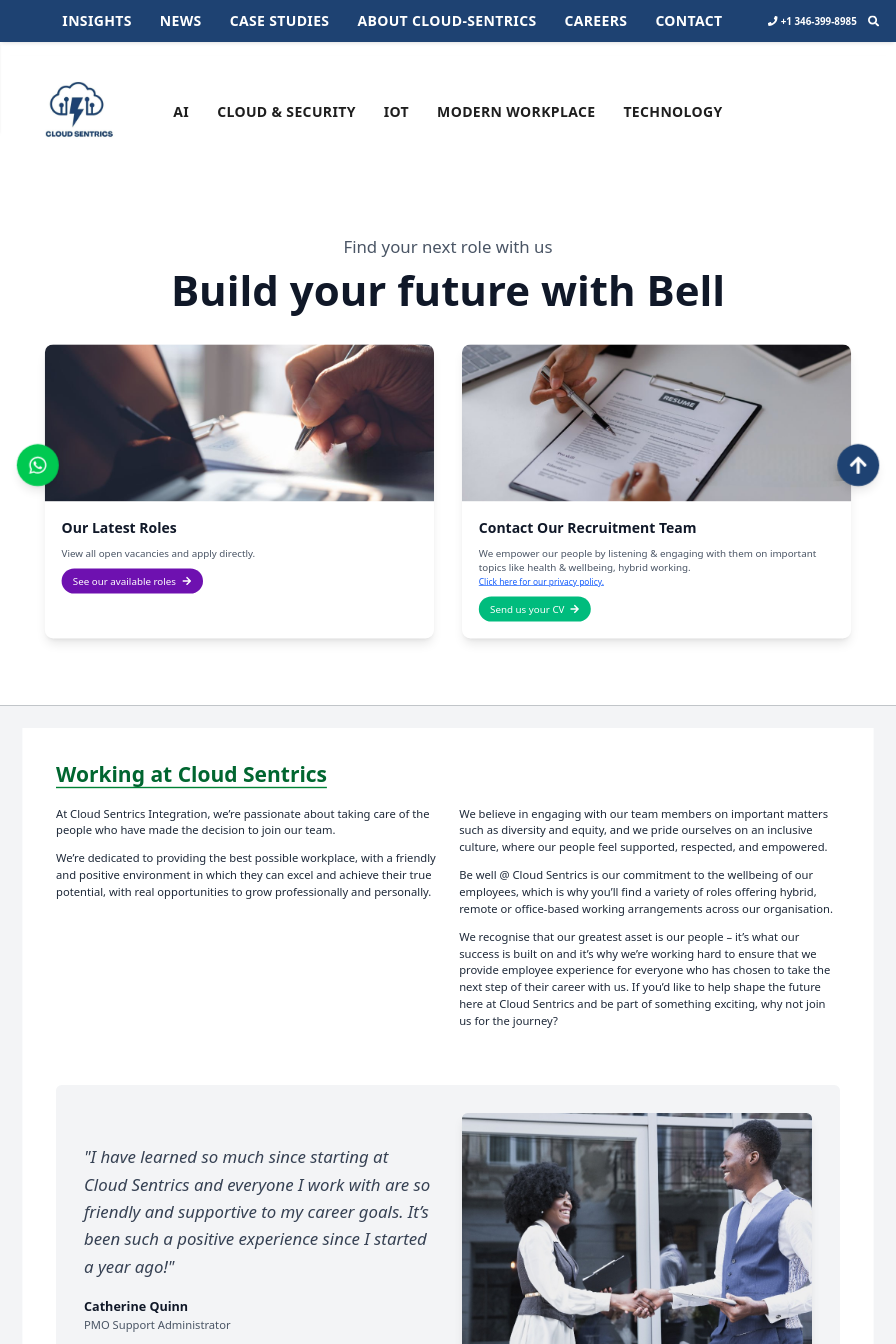
Repository: chykesure/cloudsentrics_
Page: /careers
The author's editor kept a copy of each file at every save. The page is drawn from the files as they stood at one save, then again after a run of saves.
The browser window is 1280 px wide. The pictures show the part of the page from y = 0 to 1920 px (the page is 3447 px tall), at 70% of full size.
The project was rebuilt for these pictures with package versions that can differ from the ones it lists, and the page was loaded fresh each time. Also part of the build but not shown: vite.config.js, src/pages/Header.jsx, src/pages/Footer.jsx, src/pages/students/Reviews.jsx, src/pages/students/Testimony.jsx, src/pages/students/TestimonyLanding.jsx, src/pages/LandingPage.jsx, src/pages/students/Header.jsx and 38 more.

Above is the page before, as saved 2025-04-09 11:32:01.

### src/index.css
@import "tailwindcss";

@keyframes zoomInOut {
    0% {
        transform: scale(1);
    }
    100% {
        transform: scale(1.1);
    }
}

.zoom-animation {
    animation: zoomInOut 5s infinite alternate ease-in-out;

}

### src/App.jsx
import { BrowserRouter as Router, Routes, Route } from "react-router-dom";
import LandingPage from "./pages/LandingPage";
import StudentPage from "./pages/students/StudentPage";
import AboutUs from "./pages/students/AboutUs/AboutUs";
import "./App.css";
import AWS from "./pages/students/courses/AWS";
import DevSecOps from "./pages/students/courses/DevSecOps";
import AZURE from "./pages/students/courses/AZURE";
import Blogs from "./pages/students/blogs/Blogs";
import EventsPage from "./pages/students/events/EventsPage";
import FloatsButtons from "./pages/FloatsButtons";
import PartnerPage from "./pages/partners/home/PartnerPage";
import Ai from "./pages/partners/menu/ai";
import CloudSecurity from "./pages/partners/menu/cloudsecurity";
import IOT from "./pages/partners/menu/iot";
import Technology from "./pages/partners/menu/technology";
import Workplace from "./pages/partners/menu/workplace";
import InsightMenu from "./pages/partners/main_menu/insight";
import NewsPage from "./pages/partners/main_menu/news";
import CaseStudy from "./pages/partners/main_menu/casestudy";
import AboutCloud from "./pages/partners/main_menu/aboutus";
import Careers from "./pages/partners/main_menu/careers";

function App() {
  return (
    <Router>
      <div className="flex flex-col min-h-screen">
        {/* Floating Buttons will always be visible */}
        <FloatsButtons />

        <div className="flex-grow pt-20"> {/* Adjust padding-top based on header height */}
          <Routes>

            {/* Student Section */}
            <Route path="/" element={<LandingPage />} />
            <Route path="/StudentPage" element={<StudentPage />} />
            <Route path="/about" element={<AboutUs />} />
            <Route path="/courses/AWS" element={<AWS />} />
            <Route path="/courses/Azure" element={<AZURE />} />
            <Route path="/courses/DevSecOps" element={<DevSecOps />} />
            <Route path="/blog" element={<Blogs />} />
            <Route path="/events" element={<EventsPage />} />

            {/* The Partner Section */}
            <Route path="/PartnerPage" element={<PartnerPage />} />
            <Route path="/ai" element={<Ai />} />
            <Route path="/cloud-security" element={<CloudSecurity />} />
            <Route path="/iot" element={<IOT />} />
            <Route path="/technology" element={<Technology />} />
            <Route path="/modern-workplace" element={<Workplace />} />
            <Route path="/insights" element={<InsightMenu />} />
            <Route path="/news" element={<NewsPage />} />
            <Route path="/case-studies" element={<CaseStudy />} />
            <Route path="/about-cloudsentrics" element={<AboutCloud />} />
            <Route path="/careers" element={<Careers />} />
          </Routes>
        </div>
      </div>
    </Router>
  );
}

export default App;

### src/pages/FloatsButtons.jsx
import { FaWhatsapp, FaArrowUp } from "react-icons/fa";
import { motion } from "framer-motion";

const FloatsButtons = () => {
    const scrollToTop = () => {
        window.scrollTo({ top: 0, behavior: "smooth" });
    };

    return (
        <>
            {/* Floating WhatsApp Button (Left) */}
            <motion.a
                href="https://wa.me/message/62QVNSESZ56FC1"
                target="_blank"
                rel="noopener noreferrer"
                className="fixed bottom-6 left-6 bg-green-500 text-white p-4 rounded-full shadow-lg flex items-center justify-center z-50"
                title="Chat with us on WhatsApp"
                animate={{ y: [0, -10, 0] }}
                transition={{ duration: 1.5, repeat: Infinity, repeatType: "reverse", ease: "easeInOut" }}
                whileHover={{ scale: 1.2 }}
            >
                <FaWhatsapp size={28} />
            </motion.a>

            {/* Floating Back to Top Button (Right) */}
            <motion.button
                onClick={scrollToTop}
                className="fixed bottom-6 right-6 bg-[#1e4272] text-white p-4 rounded-full shadow-lg flex items-center justify-center z-50"
                title="Back to Top"
                animate={{ y: [0, -10, 0] }}
                transition={{ duration: 1.5, repeat: Infinity, repeatType: "reverse", ease: "easeInOut" }}
                whileHover={{ scale: 1.2 }}
            >
                <FaArrowUp size={28} />
            </motion.button>
        </>
    );
};

export default FloatsButtons;

### src/pages/partners/main_menu/careers.jsx
import React, { useRef } from "react";
import Header from "../Header";
import { motion } from "framer-motion";
import { Link } from "react-router-dom";
import Footer from "../home/Footer";
import { FaArrowRight } from "react-icons/fa"; // ✅ Added missing import
import CareerPage from "./otherscareer";
import CareerForm from "./careerform";


const logo = "/assets/logo.jpg";
const aibg = "/assets/ai.jpg";

const Careers = () => {

    const careerFormRef = useRef(null);
const scrollToForm = () => {
    careerFormRef.current?.scrollIntoView({ behavior: "smooth" });
};

    return (
        <div className="min-h-screen bg-[#0d1b2a] text-white">
            {/* Navigation Header */}
            <div className="flex justify-center px-6 md:px-12 py-6 bg-white shadow-lg w-full h-28 md:h-32 lg:h-40">
                <div className="flex items-center justify-between w-full max-w-[1200px] mx-auto h-full">

                    {/* Left: Logo and Branding - Fully Left-Aligned */}
                    <div className="absolute left-0 flex items-center w-auto h-full">
                        <Link to="/PartnerPage">
                            <img
                                src={logo}
                                alt="Cloudsentrics Logo"
                                className="h-20 md:h-28 lg:h-34 w-auto ml-9 transition-all duration-300"
                            />
                        </Link>
                    </div>

                    {/* Right: Navigation Menu - Centered */}
                    <motion.div
                        className="hidden md:flex flex-grow justify-center items-center space-x-6 lg:space-x-10 text-lg md:text-xl font-bold text-[#1e1e1e] tracking-wide h-full"
                        initial={{ opacity: 0, y: -10 }}
                        animate={{ opacity: 1, y: 0 }}
                        transition={{ duration: 0.6, ease: "easeOut" }}
                    >
                        {[
                            { label: "AI", path: "/ai" },
                            { label: "CLOUD & SECURITY", path: "/cloud-security" },
                            { label: "IOT", path: "/iot" },
                            { label: "MODERN WORKPLACE", path: "/modern-workplace" },
                            { label: "TECHNOLOGY", path: "/technology" }
                        ].map((item, index) => (
                            <Link key={index} to={item.path}>
                                <motion.span
                                    className="cursor-pointer transition-all duration-300 hover:text-blue-600 hover:scale-105 whitespace-nowrap"
                                    whileHover={{ scale: 1.1 }}
                                >
                                    {item.label}
                                </motion.span>
                            </Link>
                        ))}
                    </motion.div>

                </div>
            </div>

            <Header />

            {/* Careers Section */}
            <section className="bg-white text-black px-6 md:px-16 py-16 lg:py-24 space-y-12">
                <motion.div
                    initial={{ opacity: 0, y: -30 }}
                    whileInView={{ opacity: 1, y: 0 }}
                    transition={{ duration: 0.5 }}
                    viewport={{ once: true }}
                    className="text-center space-y-4"
                >
                    <p className="text-2xl text-gray-600">Find your next role with us</p>
                    <h1 className="text-3xl md:text-6xl font-semibold text-gray-900">
                        Build your future with Bell
                    </h1>
                </motion.div>

                {/* Cards */}
                <div className="grid grid-cols-1 md:grid-cols-2 gap-10">
                    {/* Card 1 */}
                    <motion.div
                        initial={{ opacity: 0, y: 20 }}
                        whileInView={{ opacity: 1, y: 0 }}
                        transition={{ duration: 0.4 }}
                        viewport={{ once: true }}
                        className="bg-white rounded-xl shadow-lg overflow-hidden"
                    >
                        <img
                            src="/assets/role.jpg"
                            alt="Our Latest Roles"
                            className="w-full h-56 object-cover"
                        />
                        <div className="p-6 space-y-3">
                            <h3 className="text-xl font-semibold text-gray-900">
                                Our Latest Roles
                            </h3>
                            <p className="text-gray-600 text-sm">
                                View all open vacancies and apply directly.
                            </p>
                            <button className="inline-flex items-center gap-2 px-4 py-2 text-white bg-purple-800 rounded-full text-sm hover:bg-purple-700 transition">
                                See our available roles <FaArrowRight />
                            </button>
                        </div>
                    </motion.div>

                    {/* Card 2 */}
                    <motion.div
                        initial={{ opacity: 0, y: 20 }}
                        whileInView={{ opacity: 1, y: 0 }}
                        transition={{ duration: 0.4, delay: 0.2 }}
                        viewport={{ once: true }}
                        className="bg-white rounded-xl shadow-lg overflow-hidden"
                    >
                        <img
                            src="/assets/cv.jpg"
                            alt="Contact Our Recruitment Team"
                            className="w-full h-56 object-cover"
                        />
                        <div className="p-6 space-y-3">
                            <h3 className="text-xl font-semibold text-gray-900">
                                Contact Our Recruitment Team
                            </h3>
                            <p className="text-gray-600 text-sm">
                                We empower our people by listening & engaging with them on
                                important topics like health & wellbeing, hybrid working.
                                <br />
                                <a href="#" className="text-blue-600 underline text-xs">
                                    Click here for our privacy policy.
                                </a>
                            </p>
                            <button
                                onClick={scrollToForm}
                                className="inline-flex items-center gap-2 px-4 py-2 text-white bg-emerald-500 rounded-full text-sm hover:bg-emerald-600 transition"
                            >
                                Send us your CV <FaArrowRight />
                            </button>

                        </div>
                    </motion.div>
                </div>
            </section>

            {/* Search Section */}
            <section className="px-4 md:px-6 lg:px-8 py-8 bg-gray-100">
                <CareerPage />
            </section>

            <section
                ref={careerFormRef}
                className="px-4 sm:px-6 md:px-6 lg:px-8 py-8 bg-gray-100"
            >
                <CareerForm />
            </section>


            {/* Footer Section */}
            <section className="py-8 bg-gray-100 w-full">
                <Footer />
            </section>
        </div>
    );
};

export default Careers;

### src/pages/partners/Header.jsx
import { useState, useEffect } from "react";
import { FaSearch, FaPhone, FaBars, FaTimes } from "react-icons/fa";
import { Link } from "react-router-dom";
import { motion } from "framer-motion";

const Header = () => {
  const [menuOpen, setMenuOpen] = useState(false);
  const [expiry, setExpiry] = useState({ days: 203, hours: 2, minutes: 43, seconds: 8 });

  useEffect(() => {
    const timer = setInterval(() => {
      setExpiry((prev) => {
        let { days, hours, minutes, seconds } = prev;
        if (seconds > 0) {
          seconds -= 1;
        } else {
          seconds = 59;
          if (minutes > 0) {
            minutes -= 1;
          } else {
            minutes = 59;
            if (hours > 0) {
              hours -= 1;
            } else {
              hours = 23;
              if (days > 0) days -= 1;
            }
          }
        }
        return { days, hours, minutes, seconds };
      });
    }, 1000);

    return () => clearInterval(timer);
  }, []);

  return (
    <header className="bg-[#1e4272] text-white flex items-center justify-between px-6 py-4 fixed top-0 left-0 w-full z-50 shadow-md">
      {/* Windows 10 Expiry Countdown */}
      <div className="flex items-center gap-3 text-sm">
        {/* Countdown content here if needed */}
      </div>

      {/* Updated Desktop Navigation with Framer Motion and React Router */}
      <motion.div
        className="hidden lg:flex flex-grow justify-center items-center space-x-6 lg:space-x-10 text-lg lg:text-xl font-semibold tracking-wide h-full"
        initial={{ opacity: 0, y: -10 }}
        animate={{ opacity: 1, y: 0 }}
        transition={{ duration: 0.6, ease: "easeOut" }}
      >
        {[
          { label: "INSIGHTS", path: "/insights" },
          { label: "NEWS", path: "/news" },
          { label: "CASE STUDIES", path: "/case-studies" },
          { label: "ABOUT CLOUD-SENTRICS", path: "/about-cloudsentrics" },
          { label: "CAREERS", path: "/careers" },
          { label: "CONTACT", path: "/contact" },
        ].map((item, index) => (
          <Link key={index} to={item.path}>
            <motion.span
              className="relative cursor-pointer transition-all duration-300 group hover:text-blue-400 whitespace-nowrap"
              whileHover={{ scale: 1.1 }}
            >
              {item.label}
              <span className="absolute left-0 bottom-0 w-0 h-[3px] bg-white transition-all duration-300 group-hover:w-full"></span>
            </motion.span>
          </Link>
        ))}
      </motion.div>

      {/* Contact and Search */}
      <div className="hidden lg:flex items-center gap-4">
        <a
          href="tel:+442392825925"
          className="flex items-center gap-1 text-sm font-semibold transition-all duration-300 hover:text-gray-300"
        >
          <FaPhone /> +1 346-399-8985
        </a>
        <button className="text-white transition-all duration-300 hover:text-gray-300">
          <FaSearch />
        </button>
      </div>

      {/* Mobile Menu Button */}
      <button
        className="lg:hidden text-xl transition-transform transform hover:scale-110"
        onClick={() => setMenuOpen(!menuOpen)}
      >
        {menuOpen ? <FaTimes /> : <FaBars />}
      </button>

      {/* Mobile Navigation with Slide-in Effect */}
      <div
        className={`fixed top-14 left-0 w-full bg-[#1e4272] shadow-md p-4 flex flex-col items-center gap-4 text-sm transform transition-transform duration-500 ${
          menuOpen ? "translate-x-0" : "-translate-x-full"
        }`}
      >
        {["Powering Cloud-Integrated Digital Transformation"].map((item, index) => (
          <a key={index} href="#" className="text-3xl font-semibold transition-all duration-300 hover:scale-110">
            {item}
          </a>
        ))}
        <a href="tel:+442392825925" className="flex items-center gap-1 text-sm font-semibold">
          <FaPhone /> +1 346-399-8985
        </a>
        <button className="text-white transition-all duration-300 hover:text-gray-300">
          <FaSearch />
        </button>
      </div>
    </header>
  );
};

export default Header;

### src/pages/partners/home/Footer.jsx
import React from 'react';
import { FaLinkedin, FaXTwitter, FaInstagram } from 'react-icons/fa6';
import { Link } from 'react-router-dom';

function Footer() {
    return (
        <footer className="bg-white text-black py-6 border-t border-gray-300 text-sm w-full">
            <div className="w-full px-6 lg:px-12">
                {/* Main Footer Section */}
                <div className="flex flex-col md:flex-row justify-between items-center text-center md:text-left">
                    <h3 className="font-bold text-lg text-blue-900">Powering Cloud-Integrated Digital Transformation</h3>

                    {/* Social Icons */}
                    <div className="flex space-x-4 mt-4 md:mt-0">
                        <a href="https://www.linkedin.com/posts/cloud-sentrics_cloud-sentrics-linkedin-activity-7291379079860117505-ve54?utm_source=share&utm_medium=member_android" target="_blank" rel="noopener noreferrer" className="text-gray-600 hover:text-black">
                            <FaLinkedin size={20} />
                        </a>
                        <a href="https://x.com/CloudSentrics" target="_blank" rel="noopener noreferrer" className="text-gray-600 hover:text-black">
                            <FaXTwitter size={20} />
                        </a>
                        <a href="https://www.instagram.com/cloudsentrics/" target="_blank" rel="noopener noreferrer" className="text-gray-600 hover:text-black">
                            <FaInstagram size={20} />
                        </a>
                    </div>
                </div>

                {/* Footer Links */}
                <div className="mt-4 text-center md:text-left">
                    <p>© {new Date().getFullYear()} All rights reserved |
                        <Link to="#" className="ml-2 hover:text-blue-600">Privacy Notice</Link> |
                        <Link to="#" className="ml-2 hover:text-blue-600">Terms & Conditions</Link> |
                        <Link to="#" className="ml-2 hover:text-blue-600">Website T&Cs</Link> |
                        <Link to="#" className="ml-2 hover:text-blue-600">Cookies Policy</Link> |
                        <Link to="#" className="ml-2 hover:text-blue-600">Anti-Slavery Policy</Link> |
                        <Link to="#" className="ml-2 hover:text-blue-600">Sitemap</Link> |
                        <Link to="#" className="ml-2 hover:text-blue-600">Learn more</Link>
                    </p>
                </div>
            </div>
        </footer>
    );
}

export default Footer;

Loaded but not shown: index.html (common file); src/main.jsx (common file); src/pages/students/AboutUs/AboutUs.jsx (399 lines, source omitted); src/pages/partners/main_menu/otherscareer.jsx (191 lines, source omitted); src/pages/partners/main_menu/careerform.jsx (203 lines, source omitted)

After the next 2 saves:
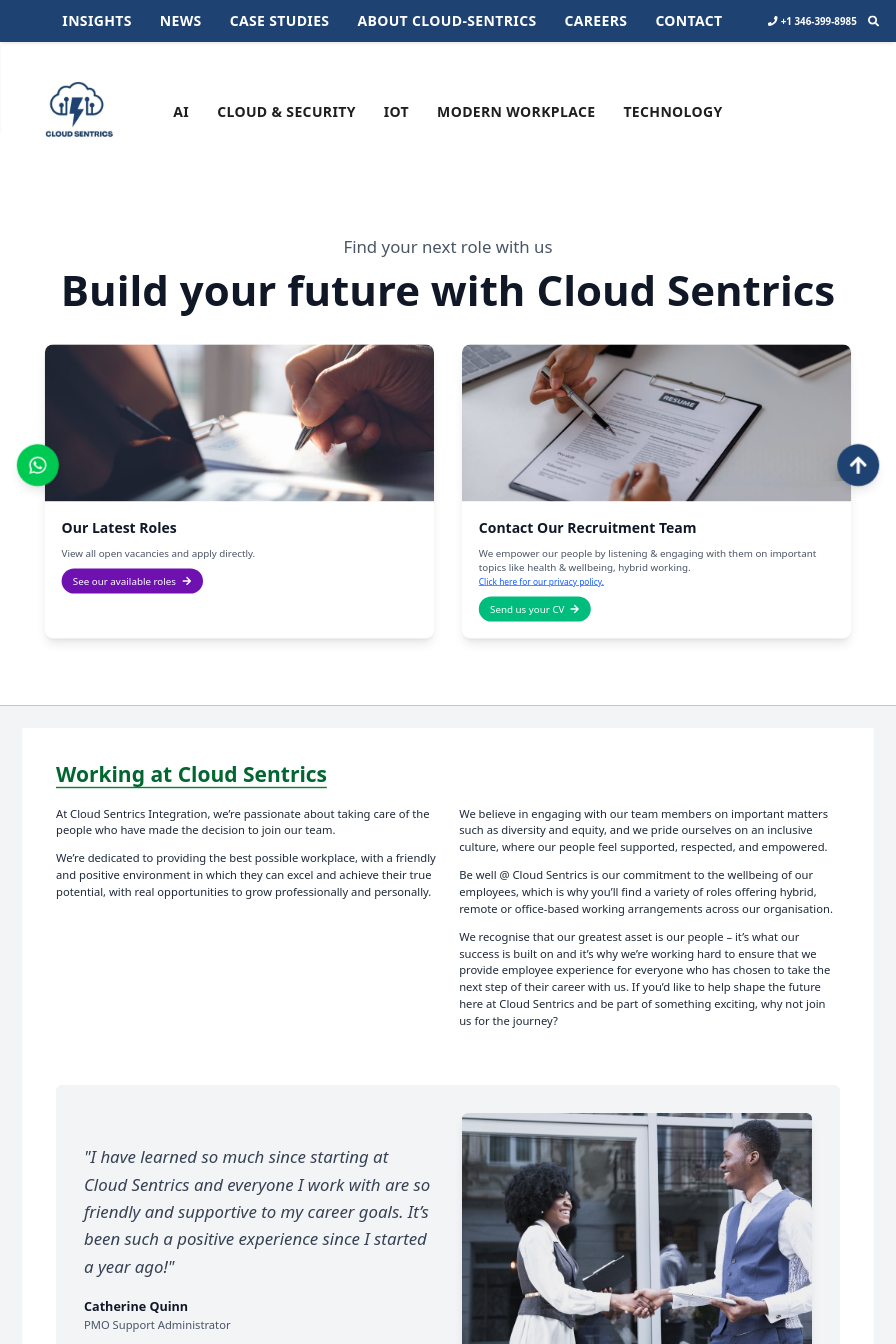
The 2 saves are shown as one change because they came seconds apart.
The last was saved 95 s later.
--- a/src/pages/partners/main_menu/careers.jsx
+++ b/src/pages/partners/main_menu/careers.jsx
@@ -76,7 +76,7 @@
                 >
                     <p className="text-2xl text-gray-600">Find your next role with us</p>
                     <h1 className="text-3xl md:text-6xl font-semibold text-gray-900">
-                        Build your future with Bell
+                        Build your future with Cloud Sentrics
                     </h1>
                 </motion.div>
 
